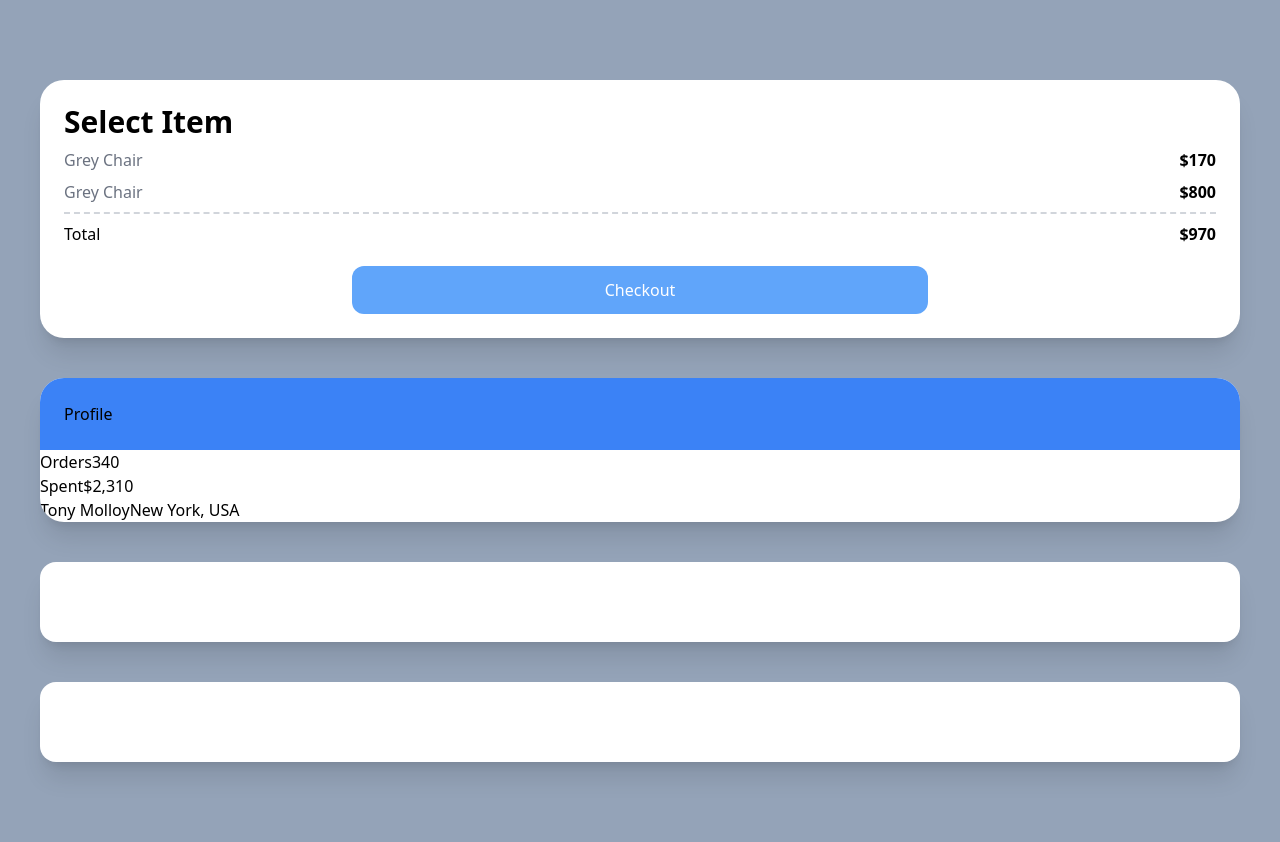
Repository: pjk0007/nextjs-carrot-marcket
Page: /
The author's editor kept a copy of each file at every save. The page is drawn from the files as they stood at one save, then again after the next save.
The browser window is 1280 px wide. The pictures show the whole page.
The project was rebuilt for these pictures with package versions that can differ from the ones it lists, and the page was loaded fresh each time. The framework's server and built-in components were replaced by stand-ins that run in the browser. Also part of the build but not shown: next.config.js.

Above is the page before, as saved 2022-04-30 13:09:27.

After the next save:
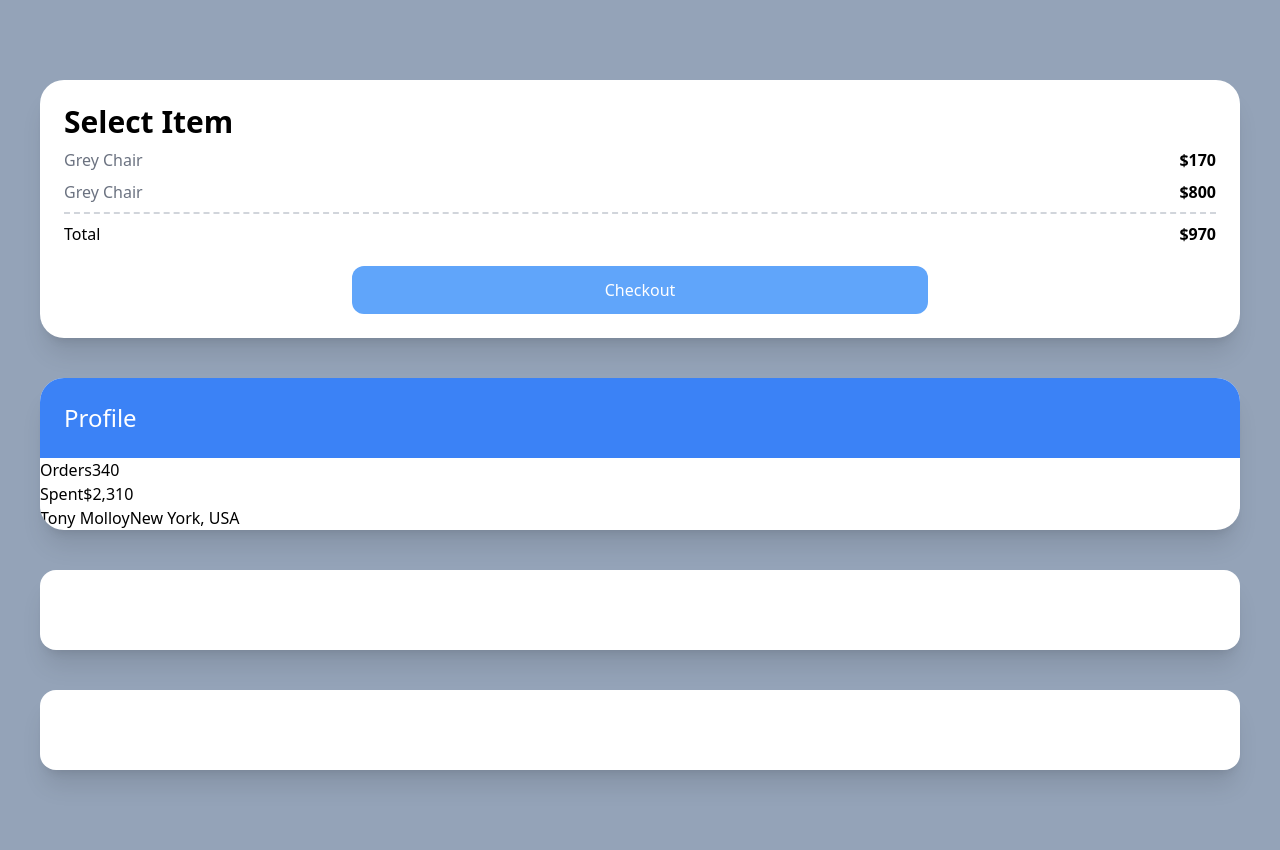
Saved 11 s later.
--- a/pages/index.tsx
+++ b/pages/index.tsx
@@ -21,7 +21,7 @@ const Home: NextPage = () => {
 
       <div className='bg-white overflow-hidden rounded-3xl shadow-xl'>
         <div className='bg-blue-500 p-6'>
-          <span>Profile</span>
+          <span className='text-white text-2xl'>Profile</span>
         </div>
         <div>
           <div>
